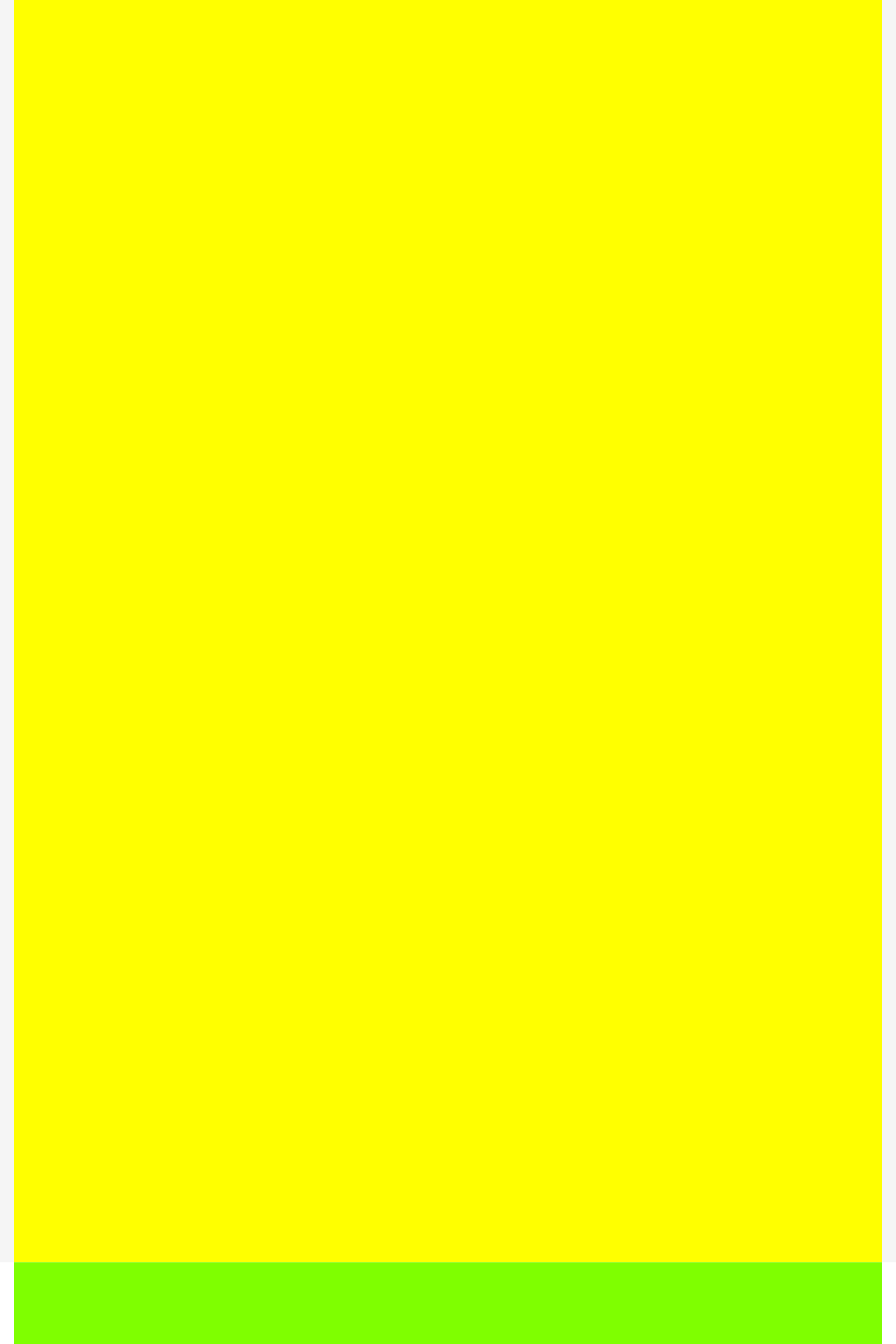
Repository: zhanguangJ/360Mark
Page: main.html
An editor plug-in stored every save of this project. The page is shown before and after the next save, followed by the edit.
The browser window is 1280 px wide. The pictures show the part of the page from y = 1973 to 3893 px (the page is 3893 px tall), at 70% of full size.

Above is the page before, as saved 2019-05-07 20:48:05.

After the next save:
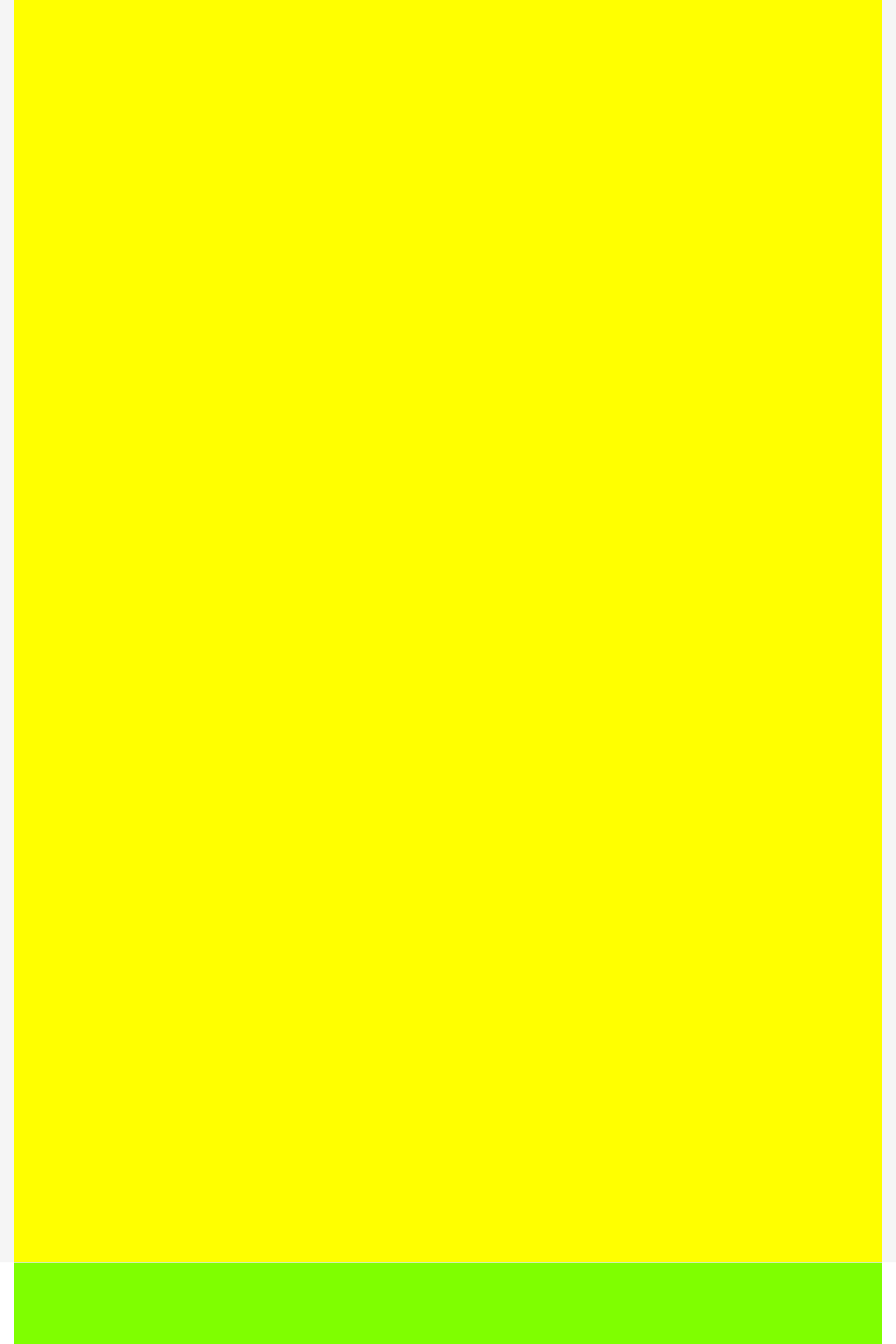
Saved 109 s later.
--- a/src/css/index.css
+++ b/src/css/index.css
@@ -54,6 +54,7 @@
 }
 
 .foot-bannerw{
-    height: 117px;
+    height: 116px;
     background: chartreuse;
+    border-top: #E8E8E8 solid 1px;
 }
